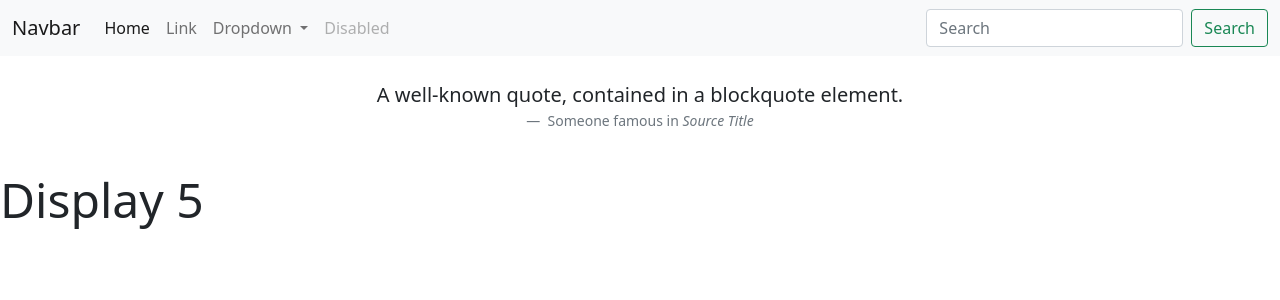
Repository: Omistusama/association
Page: index.html
An editor plug-in stored every save of this project. The page is shown before and after the next save, followed by the edit.
The browser window is 1280 px wide. The pictures show the whole page.
Some web libraries are served in a nearby version.

Above is the page before, as saved 2021-02-24 14:39:43.

### index.html
<!DOCTYPE html>
<!--
    Page web créé dans le cadre de l'évaluation du 23/02/2021
    Auteur : Assia LATTI
    Email : lattiassia@gmail.com
-->
<html lang="fr">
    <head><meta charset="UTF-8">
        <meta charset="UTF-8"><meta name="author" content="Assia LATTI">
        <meta name="description" content="Découvrez en quoi vos anciens jouets ont été transformés !">
        <meta name="viewport" content="width=device-width, initial-scale=1.0">
        <link href="https://cdn.jsdelivr.net/npm/bootstrap@5.0.0-beta2/dist/css/bootstrap.min.css" rel="stylesheet" integrity="sha384-BmbxuPwQa2lc/FVzBcNJ7UAyJxM6wuqIj61tLrc4wSX0szH/Ev+nYRRuWlolflfl" crossorigin="anonymous">
        <script src="https://cdn.jsdelivr.net/npm/bootstrap@5.0.0-beta2/dist/js/bootstrap.bundle.min.js" integrity="sha384-b5kHyXgcpbZJO/tY9Ul7kGkf1S0CWuKcCD38l8YkeH8z8QjE0GmW1gYU5S9FOnJ0" crossorigin="anonymous"></script>
        <script src="https://cdn.jsdelivr.net/npm/@popperjs/core@2.6.0/dist/umd/popper.min.js" integrity="sha384-KsvD1yqQ1/1+IA7gi3P0tyJcT3vR+NdBTt13hSJ2lnve8agRGXTTyNaBYmCR/Nwi" crossorigin="anonymous"></script>
        <script src="https://cdn.jsdelivr.net/npm/bootstrap@5.0.0-beta2/dist/js/bootstrap.min.js" integrity="sha384-nsg8ua9HAw1y0W1btsyWgBklPnCUAFLuTMS2G72MMONqmOymq585AcH49TLBQObG" crossorigin="anonymous"></script>
        <title>ToyTo - Quand vos Jouets se transforment </title>
    </head>
  <body>
        <header>
            <nav class="navbar navbar-expand-lg navbar-light bg-light">
                <div class="container-fluid">
                  <a class="navbar-brand" href="#">Navbar</a>
                  <button class="navbar-toggler" type="button" data-bs-toggle="collapse" data-bs-target="#navbarSupportedContent" aria-controls="navbarSupportedContent" aria-expanded="false" aria-label="Toggle navigation">
                    <span class="navbar-toggler-icon"></span>
                  </button>
                  <div class="collapse navbar-collapse" id="navbarSupportedContent">
                    <ul class="navbar-nav me-auto mb-2 mb-lg-0">
                      <li class="nav-item">
                        <a class="nav-link active" aria-current="page" href="#">Home</a>
                      </li>
                      <li class="nav-item">
                        <a class="nav-link" href="#">Link</a>
                      </li>
                      <li class="nav-item dropdown">
                        <a class="nav-link dropdown-toggle" href="#" id="navbarDropdown" role="button" data-bs-toggle="dropdown" aria-expanded="false">
                          Dropdown
                        </a>
                        <ul class="dropdown-menu" aria-labelledby="navbarDropdown">
                          <li><a class="dropdown-item" href="#">Action</a></li>
                          <li><a class="dropdown-item" href="#">Another action</a></li>
                          <li><hr class="dropdown-divider"></li>
                          <li><a class="dropdown-item" href="#">Something else here</a></li>
                        </ul>
                      </li>
                      <li class="nav-item">
                        <a class="nav-link disabled" href="#" tabindex="-1" aria-disabled="true">Disabled</a>
                      </li>
                    </ul>
                    <form class="d-flex">
                      <input class="form-control me-2" type="search" placeholder="Search" aria-label="Search">
                      <button class="btn btn-outline-success" type="submit">Search</button>
                    </form>
                  </div>
                </div>
              </nav>
        </header>
        <div class="container">
            <figure class="text-center">
                <blockquote class="blockquote">
                  <p>A well-known quote, contained in a blockquote element.</p>
                </blockquote>
                <figcaption class="blockquote-footer">
                  Someone famous in <cite title="Source Title">Source Title</cite>
                </figcaption>
            </figure>
            <div class="text-center">
                <h1 class="display-5">Display 5</h1>
            </div>
        </div>
    </body>
</html>

After the next save:
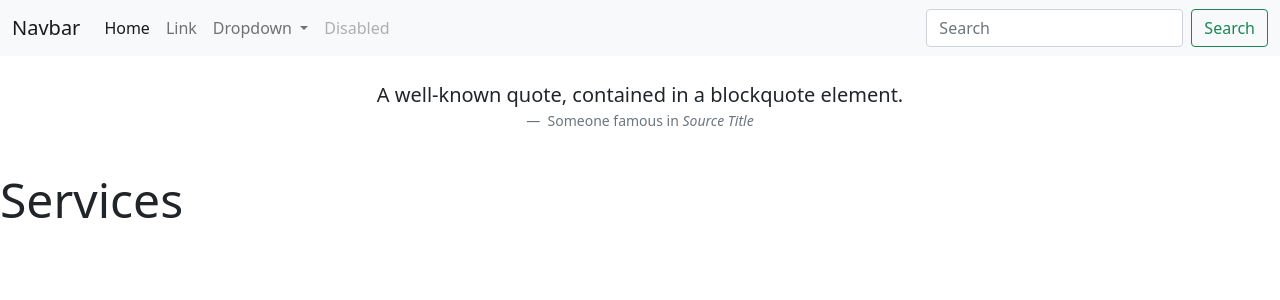
Saved 46 s later.
--- a/index.html
+++ b/index.html
@@ -63,9 +63,8 @@
                   Someone famous in <cite title="Source Title">Source Title</cite>
                 </figcaption>
             </figure>
-            <div class="text-center">
-                <h1 class="display-5">Display 5</h1>
-            </div>
+            <h1 class="display-5">Services</h1>
+
         </div>
     </body>
 </html>
